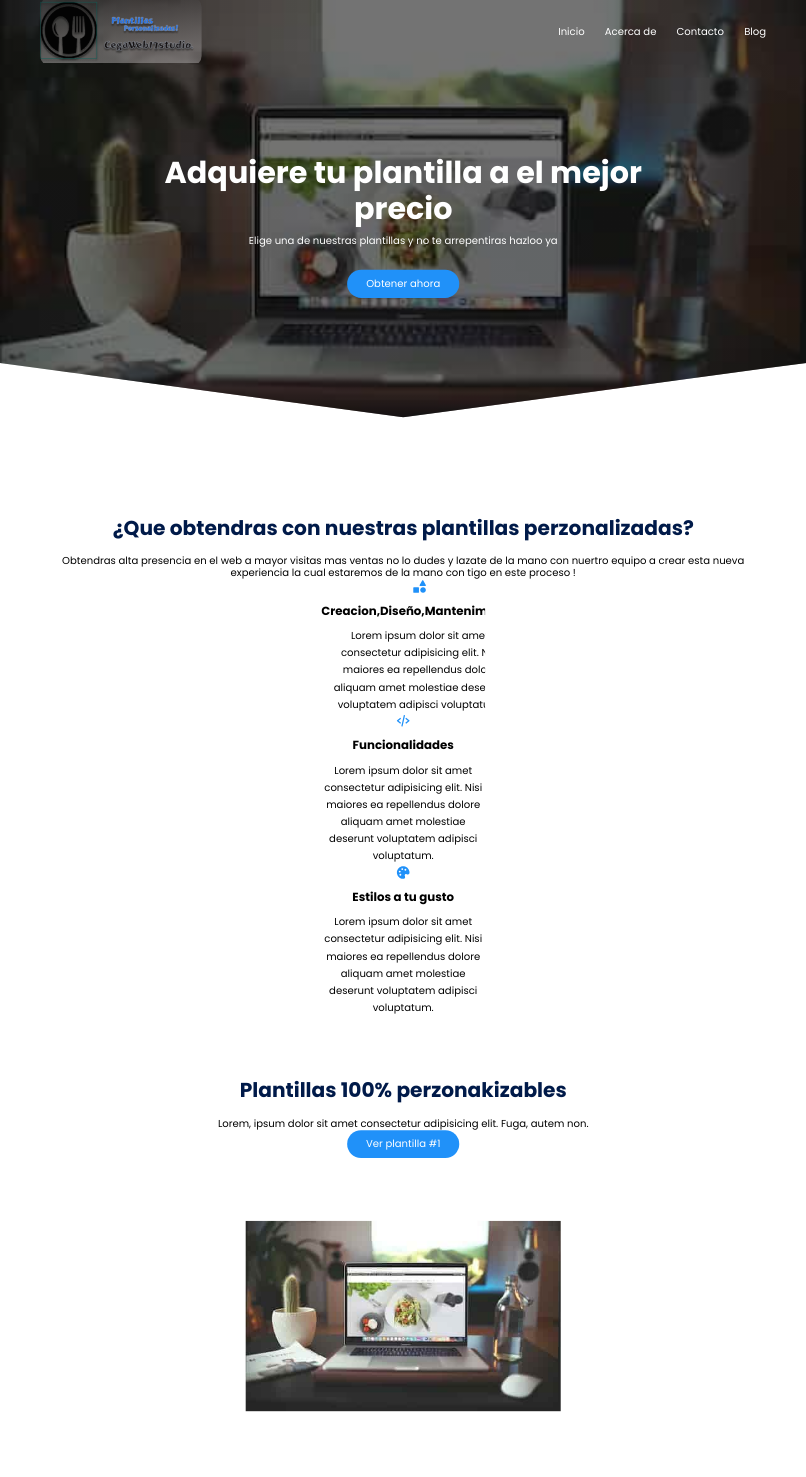
Repository: cega17/una-pagina-web
Page: index.html
An editor plug-in stored every save of this project. The page is shown before and after the next save, followed by the edit.
The browser window is 1280 px wide. The pictures show the whole page, at 63% of full size.

Above is the page before, as saved 2023-10-29 20:42:43.

After the next save:
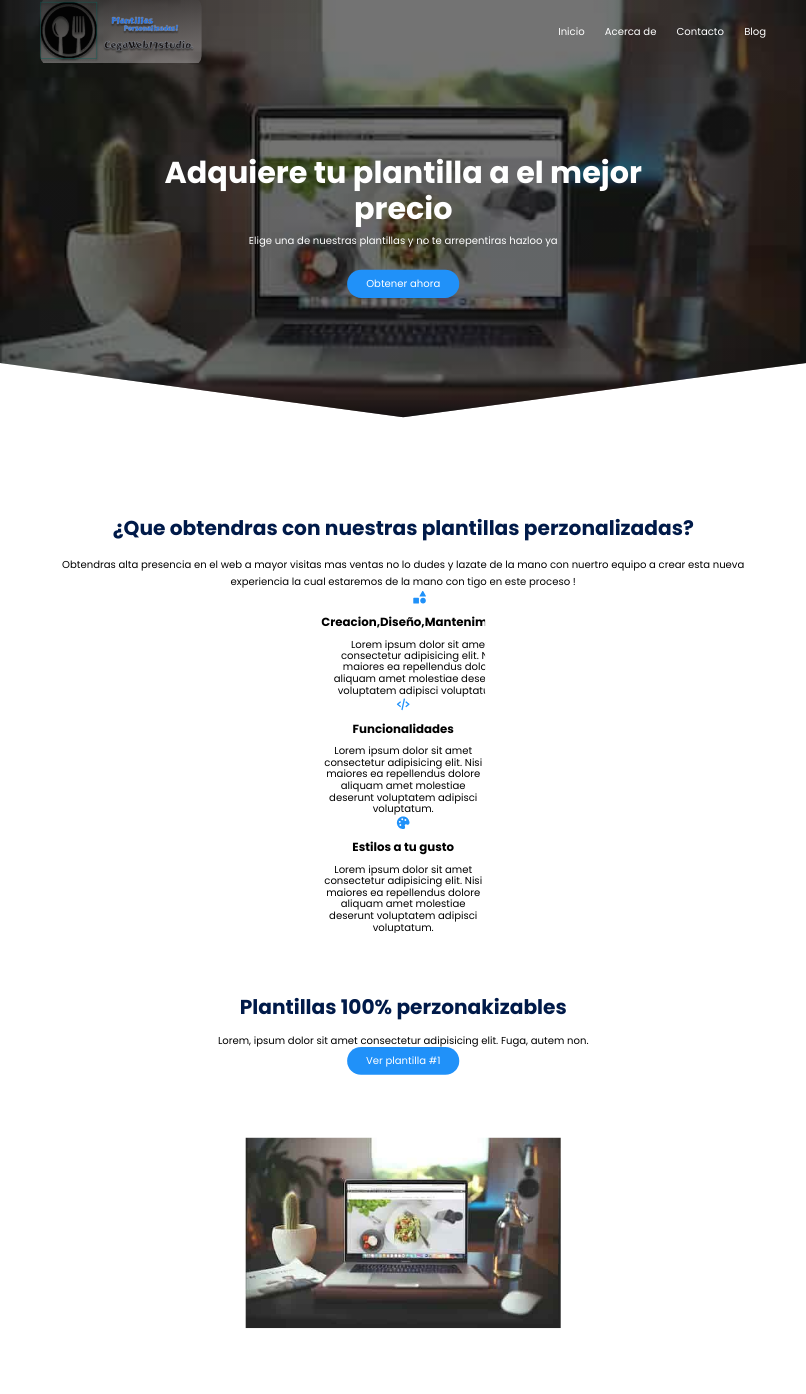
Saved 61 s later.
--- a/css/styles.css
+++ b/css/styles.css
@@ -129,7 +129,7 @@ body {
     font-size: 2rem;
     margin-bottom: 25px;
 }
-.about__paragrapaph{
+.about__paragraph{
     line-height: 1.7;
 }
 .about__icons{
